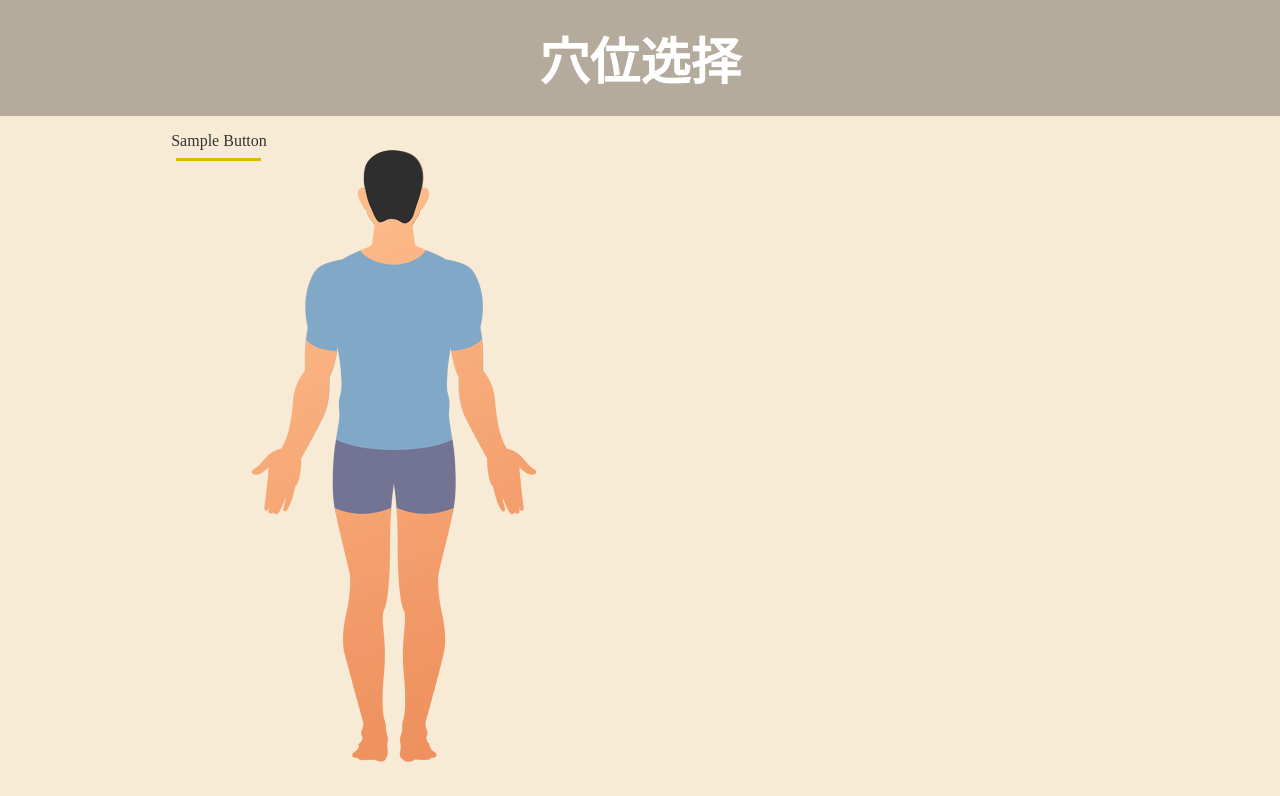
Repository: chjyume/zhongyi
Page: xuewei.html
These files come from the project's save history. The page is drawn as it stood at one moment and after the next save; the edit follows.
The browser window is 1280 px wide. The pictures show the whole page.

Above is the page before, as saved 2023-09-12 20:02:50.

After the next save:
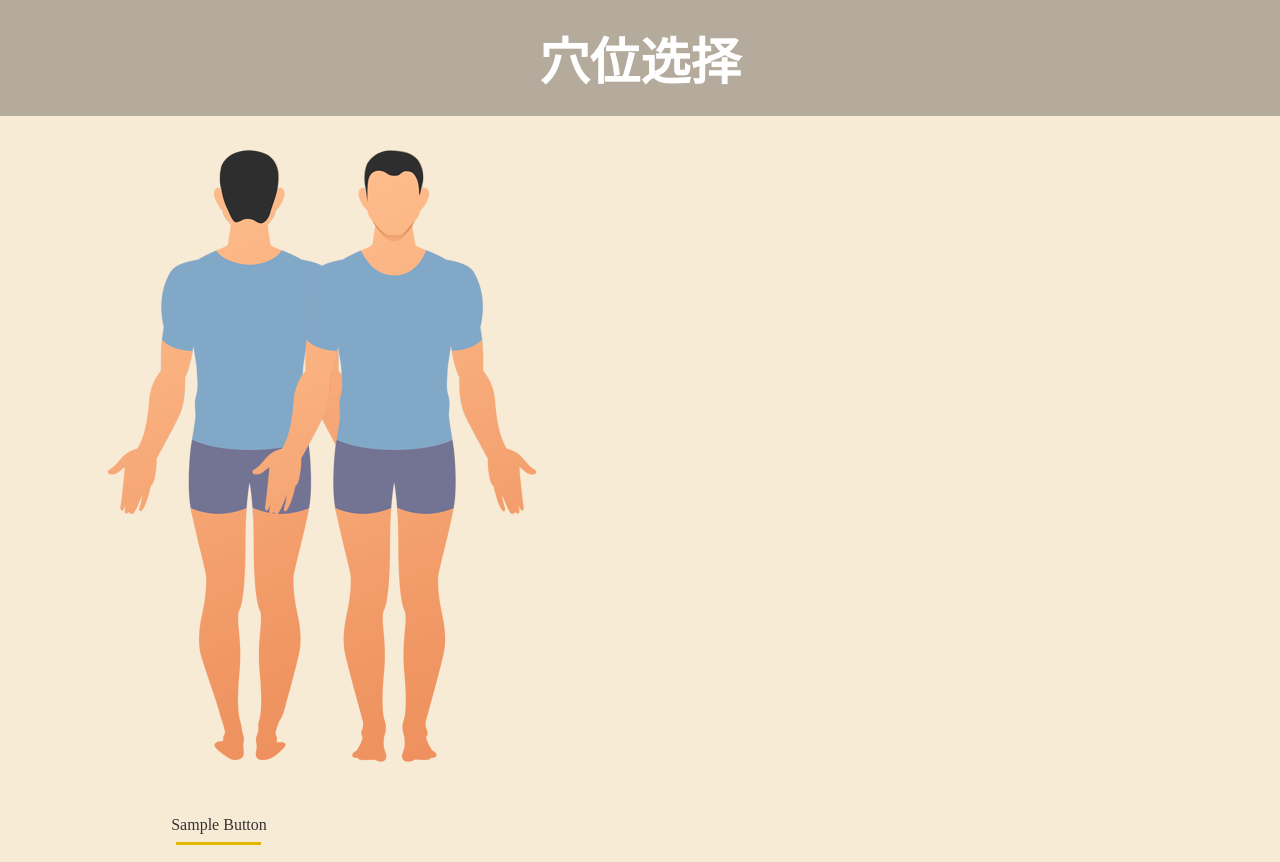
Saved 40 s later.
--- a/css/xuewei.css
+++ b/css/xuewei.css
@@ -19,9 +19,14 @@ box-sizing: border-box;
 font-size: 7vh;
 margin: 0;
 }
-img{
+.img1{
     position: absolute;
     margin-left:20vh ;
+    z-index: 1;
+}
+.img1 {
+    position: absolute;
+    margin-right: 20vh;
     z-index: 1;
 }
 .btn-wrapper {
